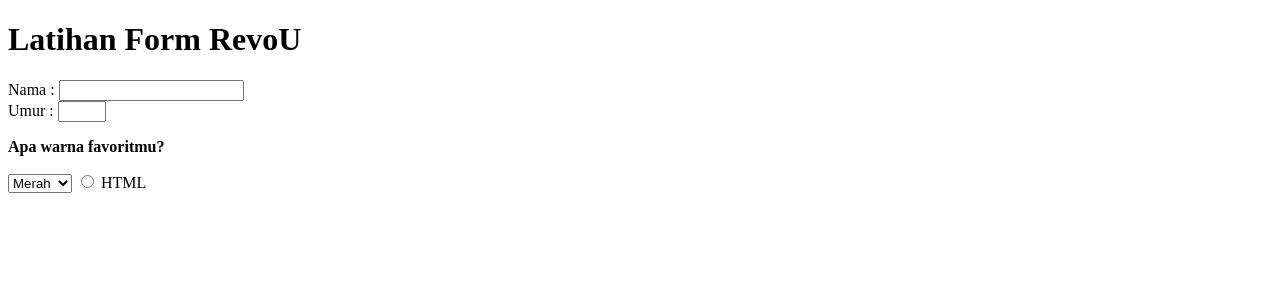
Repository: esramrsln/day2_RevoU
Page: form.html
The author's editor kept a copy of each file at every save. The page is drawn from the files as they stood at one save, then again after the next save.
The browser window is 1280 px wide. The pictures show the whole page.

Above is the page before, as saved 2024-07-23 21:29:21.

### form.html
<!DOCTYPE html>
<html>
<head>
    <meta charset="UTF-8" />
    <title>Membuat Form sederhana</title>
</head>
<body>
    <h1>Latihan Form RevoU</h1>
    <form>
        <label for="name">Nama :</label>
        <input id="name" type="text"/>
        <br>
        <label for="umur">Umur :</label>
        <input id="umur" type="number" min="1" max="9">
        <p><b> Apa warna favoritmu?</b></p>
        <select name="" id="">
            <option value="">Merah</option>
            <option value="">Kuning</option>
            <option value="">Hijau</option>
        </select>

        <input type="radio" name="fav_language" id="html" value="HTML">
        <label for="html">HTML</label><br>


    </form>
</body>
</html>

After the next save:
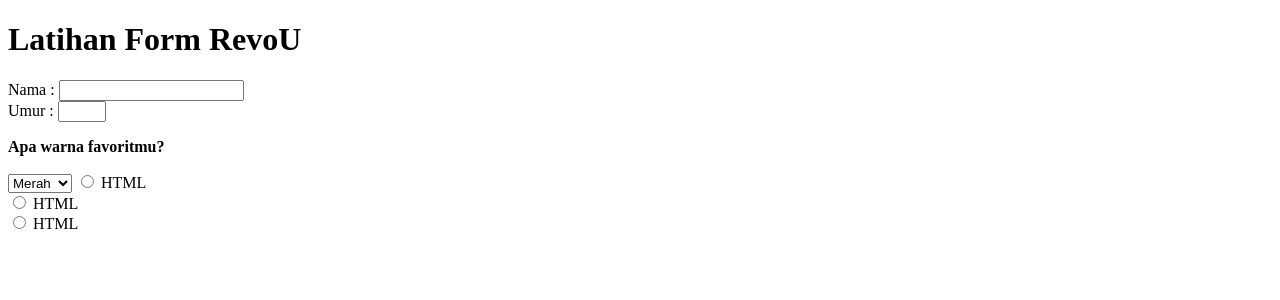
Saved 4 s later.
--- a/form.html
+++ b/form.html
@@ -22,7 +22,11 @@
         <input type="radio" name="fav_language" id="html" value="HTML">
         <label for="html">HTML</label><br>
 
+        <input type="radio" name="fav_language" id="html" value="HTML">
+        <label for="html">HTML</label><br>
 
+        <input type="radio" name="fav_language" id="html" value="HTML">
+        <label for="html">HTML</label><br>
     </form>
 </body>
 </html>
